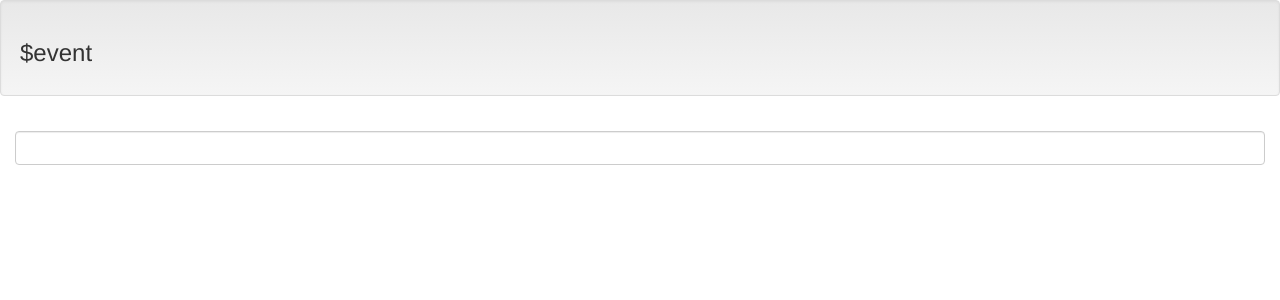
Repository: chisun-joung/workplace
Page: angularJS/WebContent/Chap13_Controller/S01_Watch.html
The author's editor kept a copy of each file at every save. The page is drawn from the files as they stood at one save, then again after the next save.
The browser window is 1280 px wide. The pictures show the whole page.
Some web libraries are served in a nearby version.

Above is the page before, as saved 2016-11-29 02:19:28.

### angularJS/WebContent/Chap13_Controller/S01_Watch.html
<!DOCTYPE html>
<html ng-app="app">
<head>
	<meta charset="UTF-8">
	<title>A02 Module DI</title>
	<script src="https://ajax.googleapis.com/ajax/libs/angularjs/1.2.9/angular.js"></script>
	<link href="bootstrap.css" rel="stylesheet" />
	<link href="bootstrap-theme.css" rel="stylesheet" />
	<script type="text/javascript">
		app = angular.module('app', []);
		app.controller('mainCtrl', ['$scope', function($scope) {

		}]);

	</script>
</head>

<body ng-controller="mainCtrl">
	<div class="panel-header well">
		<h3>$event</h3>
	</div>

	<div class="panel-body">
		<input type="text" class="form-control">
	</div>

	<div class="panel-body">
		<span>{{result}}</span>
	</div>
</body>
</html>

Loaded but not shown: angularJS/WebContent/Chap13_Controller/bootstrap.css (library); angularJS/WebContent/Chap13_Controller/bootstrap-theme.css (library)

After the next save:
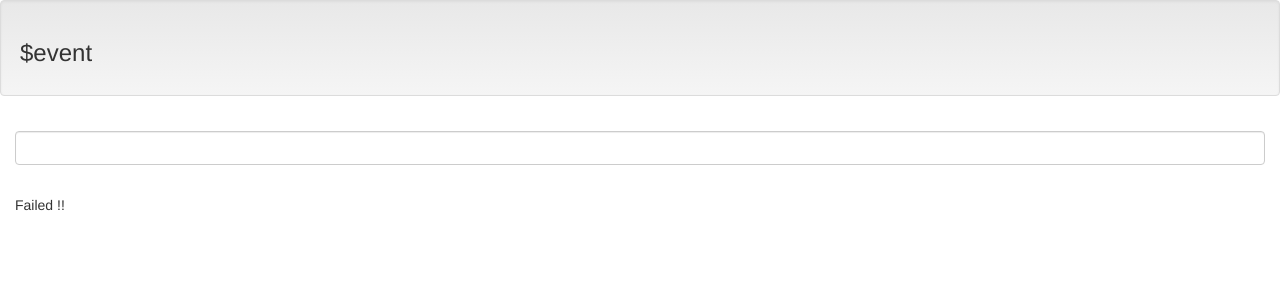
Saved 13 min 28 s later.
--- a/angularJS/WebContent/Chap13_Controller/S01_Watch.html
+++ b/angularJS/WebContent/Chap13_Controller/S01_Watch.html
@@ -9,7 +9,12 @@
 	<script type="text/javascript">
 		app = angular.module('app', []);
 		app.controller('mainCtrl', ['$scope', function($scope) {
+			$scope.result = "Failed !!"
 
+			$scope.$watch('total', function(newValue, oldValue, scope){
+				console.log(newValue, oldValue);
+				console.log(scope);
+			})
 		}]);
 
 	</script>
@@ -21,7 +26,7 @@
 	</div>
 
 	<div class="panel-body">
-		<input type="text" class="form-control">
+		<input type="text" class="form-control" ng-model="total">
 	</div>
 
 	<div class="panel-body">
